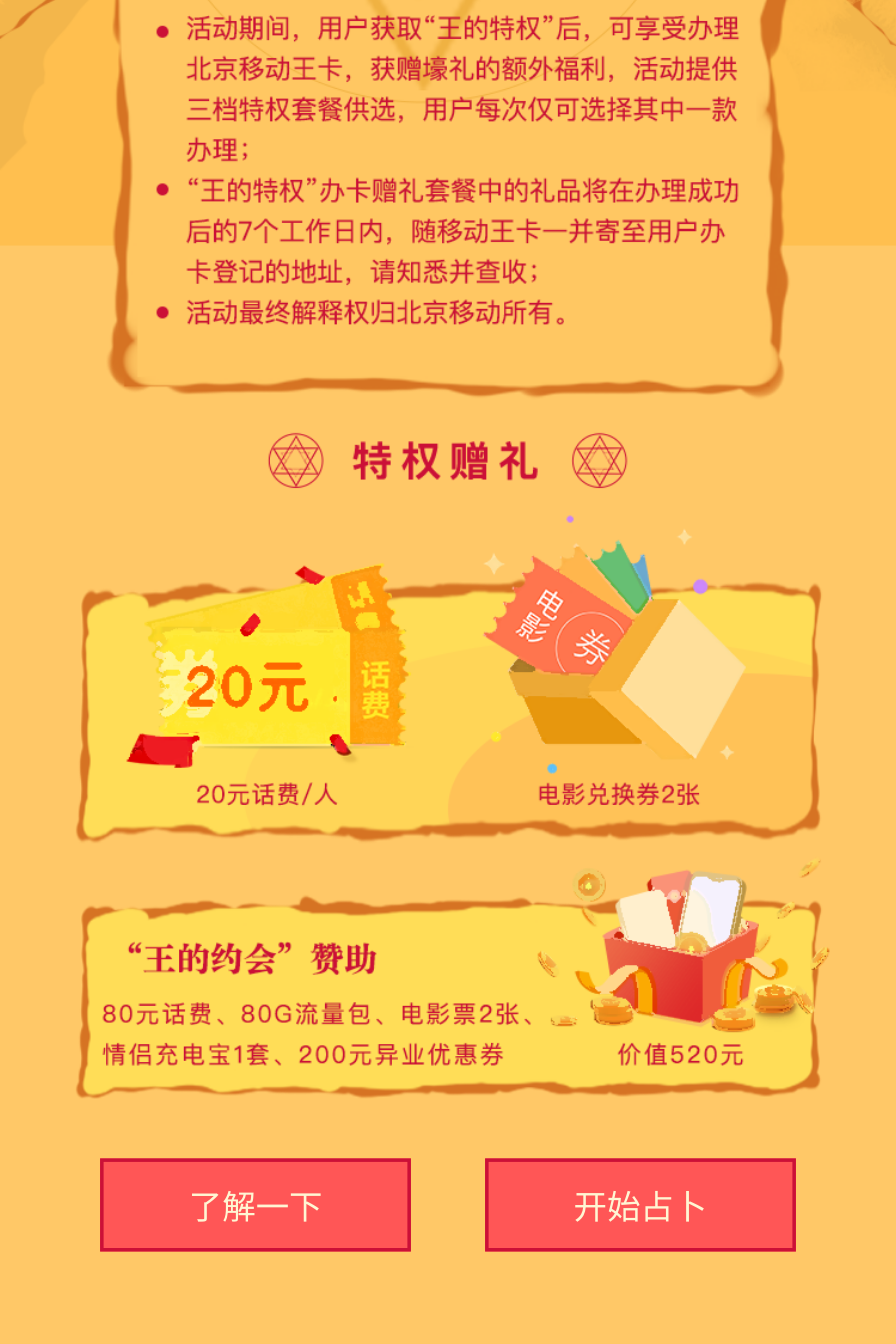
Repository: wangbiaozy/12.19
Page: index.html
An editor plug-in stored every save of this project. The page is shown before and after the next save, followed by the edit.
The browser window is 1280 px wide. The pictures show the part of the page from y = 1707 to 3627 px (the page is 3627 px tall), at 70% of full size.
After loading, the first visible `div.rule-btn` was clicked once.

Above is the page before, as saved 2018-12-19 19:48:46.

### index.html
<!DOCTYPE html>
<html lang="en">

<head>
    <meta charset="UTF-8">
    <meta name="viewport" content="width=device-width, initial-scale=1.0, maximum-scale=1.0, minimum-scale=1.0, user-scalable=no, viewport-fit=cover">
    <meta http-equiv="X-UA-Compatible" content="ie=edge">
    <title>Document</title>
    <link rel="stylesheet" href="css/reset.min.css">
    <link rel="stylesheet/less" href="css/styles.less">
    <script src="js/less-1.7.0.min.js"></script>
</head>
<body>
    <!-- 首页 -->
    <section class="wrap sy">
        <header>
            <div class="rule-btn">
                <span></span>
            </div>
        </header>
        <section></section>
        <main>
            <div class="card-box">
                <div class="card-1">
                    <p>男性<i></i></p>
                </div>
                <div class="card-2">
                    <p>女性<i></i></p>
                </div>
            </div>
            <a id="start" href="javascript:void(0)"></a>
        </main>
    </section>
    <!-- 翻牌 -->
    <section class="wrap fp">
        <header></header>
        <main>
            <ul id="flip-box">
                <li>
                   <div></div>
                   <div>
                       <i class="close"></i>
                       <a href="http://touch.10086.cn/goods/100_100_1066114_1066114.html?WT.ac=res_search_049_100_95a7ac02bf204f2997e7d8384eca9c91_1066114">我要办王卡</a>
                       <a class="again" href="javascript:void(0)">再玩一次</a>
                       <a class="lj-btn" href="javascript:void(0)">收了这份王的祝福与特权</a>
                   </div>
                </li>
                <li>
                   <div></div>
                   <div>
                       <i class="close"></i>
                       <a href="http://touch.10086.cn/goods/100_100_1066114_1066114.html?WT.ac=res_search_049_100_95a7ac02bf204f2997e7d8384eca9c91_1066114">我要办王卡</a>
                       <a class="again" href="javascript:void(0)">再玩一次</a>
                       <a class="lj-btn" href="javascript:void(0)">收了这份王的祝福与特权</a>
                   </div>
                </li>
                <li>
                   <div></div>
                   <div>
                       <i class="close"></i>
                       <a href="http://touch.10086.cn/goods/100_100_1066114_1066114.html?WT.ac=res_search_049_100_95a7ac02bf204f2997e7d8384eca9c91_1066114">我要办王卡</a>
                       <a class="again" href="javascript:void(0)">再玩一次</a>
                       <a class="lj-btn" href="javascript:void(0)">收了这份王的祝福与特权</a>
                   </div>
                </li>
                <li>
                   <div></div>
                   <div>
                       <i class="close"></i>
                       <a href="http://touch.10086.cn/goods/100_100_1066114_1066114.html?WT.ac=res_search_049_100_95a7ac02bf204f2997e7d8384eca9c91_1066114">我要办王卡</a>
                       <a class="again" href="javascript:void(0)">再玩一次</a>
                       <a class="lj-btn" href="javascript:void(0)">收了这份王的祝福与特权</a>
                   </div>
                </li>
            </ul>
        </main>
        <footer>
            <div id="sex"></div>
        </footer>
    </section>
    <!-- 领奖 -->
    <section class="wrap lj">
        <header>
            <div id="box" class="con">
                <div></div>
                <div></div>
                <div></div>
                <div></div>
                <div class="form">
                    <div>
                        <input id="tel" type="number" pattern="[0-9]*" oninput="if(value.length>11)value=value.slice(0,11)" placeholder="请输入您的手机号码">
                        <a id="get-btn" href="javascript:void(0)">领</a>
                    </div>
                    <p id="message">号码输入错误，请重新输入正确移动手机号码</p>
                </div>
            </div>
        </header>
        <main></main>
        <footer>
            <p>说明：以上移动王卡活动套餐叠享移动王卡正常办卡福利，<br>办理成功后，壕礼直接随卡寄出
            </p>
            <div>
                <a class="wangka" href="javascript:void(0)">了解一下</a>
                <a class="again" href="javascript:void(0)">再玩一次</a>
            </div>
        </footer>
    </section>
    <!-- 规则 -->
    <section class="wrap rule">
        <header></header>
        <main></main>
        <section></section>
        <footer>
            <a class="wangka" href="javascript: void(0)">了解一下</a>
            <a class="again" href="javascript:void(0)">开始占卜</a>
        </footer>
    </section>
    <!-- 王卡 -->
    <section class="wrap wk">
        <header></header>
        <main></main>
        <section></section>
        <footer>
            <a href="http://touch.10086.cn/goods/100_100_1066114_1066114.html?WT.ac=res_search_049_100_95a7ac02bf204f2997e7d8384eca9c91_1066114">我要办王卡</a>
            <a class="again" href="javascript:void(0)">返回首页</a>
        </footer>
    </section>
    <!-- 遮罩层 -->
    <div id="mask" class="mask"></div>
</body>
</html>
<script src="js/jquery-1.10.1.min.js"></script>
<script src="js/index.js"></script>

### css/reset.min.css
@charset "utf-8";
/*默认样式清除和初始化*/
body,h1,h2,h3,h4,h5,h6,hr,p,blockquote,dl,dt,dd,ul,ol,li,button,input,textarea,th,td{margin:0;padding:0}body{font-size:12px;font-style:normal;font-family:"\5FAE\8F6F\96C5\9ED1",Helvetica,sans-serif}small{font-size:12px}h1{font-size:18px}h2{font-size:16px}h3{font-size:14px}h4,h5,h6{font-size:100%}ul,ol{list-style:none}a{text-decoration:none;background-color:transparent}a:hover,a:active{outline-width:0;text-decoration:none}table{border-collapse:collapse;border-spacing:0}hr{border:0;height:1px}img{border-style:none}img:not([src]){display:none}svg:not(:root){overflow:hidden}html{-webkit-touch-callout:none;-webkit-text-size-adjust:100%}input,textarea,button,a{-webkit-tap-highlight-color:rgba(0,0,0,0)}article,aside,details,figcaption,figure,footer,header,main,menu,nav,section,summary{display:block}audio,canvas,progress,video{display:inline-block}audio:not([controls]),video:not([controls]){display:none;height:0}progress{vertical-align:baseline}mark{background-color:#ff0;color:#000}sub,sup{position:relative;font-size:75%;line-height:0;vertical-align:baseline}sub{bottom:-0.25em}sup{top:-0.5em}button,input,select,textarea{font-size:100%;outline:0}button,input{overflow:visible}button,select{text-transform:none}textarea{overflow:auto}button,html [type="button"],[type="reset"],[type="submit"]{-webkit-appearance:button}button::-moz-focus-inner,[type="button"]::-moz-focus-inner,[type="reset"]::-moz-focus-inner,[type="submit"]::-moz-focus-inner{border-style:none;padding:0}button:-moz-focusring,[type="button"]:-moz-focusring,[type="reset"]:-moz-focusring,[type="submit"]:-moz-focusring{outline:1px dotted ButtonText}[type="checkbox"],[type="radio"]{box-sizing:border-box;padding:0}[type="number"]::-webkit-inner-spin-button,[type="number"]::-webkit-outer-spin-button{height:auto}[type="search"]{-webkit-appearance:textfield;outline-offset:-2px}[type="search"]::-webkit-search-cancel-button,[type="search"]::-webkit-search-decoration{-webkit-appearance:none}::-webkit-input-placeholder{color:inherit;opacity:.54}::-webkit-file-upload-button{-webkit-appearance:button;font:inherit}.clear:after{display:block;height:0;content:"";clear:both}
*{ -webkit-tap-highlight-color: rgba(0,0,0,0);-webkit-tap-highlight-color: transparent; /* For some Androids */ }

### js/index.js
(function (doc, win) {
    var docEl = doc.documentElement,
        resizeEvt = 'orientationchange' in window ? 'orientationchange' : 'resize',
        recalc = function () {
            var clientWidth = docEl.clientWidth;
            if (!clientWidth) return;
            docEl.style.fontSize = 100 * (clientWidth / 750) + 'px';
        };
    if (!doc.addEventListener) return;
    win.addEventListener(resizeEvt, recalc, false);
    doc.addEventListener('DOMContentLoaded', recalc, false);
})(document, window);
$(function () {



    //选择男女   0:男  1: 女
    $('.card-box').on('click','div',function(){
        var $this = $(this);
        $this.addClass('act').siblings().removeClass('act');
        if($('.card-1').hasClass('act')){
            sessionStorage.setItem('sex',0);
        }else if($('.card-2').hasClass('act')){
            sessionStorage.setItem('sex',1);
        }
    });
    //首页活动规则
    $('.rule-btn').on('click',function(){
        $('.sy').hide();
        $('.rule').show();
    });
    //开始占卜
    $('#start').on('click',function(){
        var sex = sessionStorage.getItem('sex');
        if(sex === '0'){
            $('#sex').attr('class','boy');
        }else if(sex === '1'){
            $('#sex').attr('class','girl');
        }
        if($('.card-1').hasClass('act') || $('.card-2').hasClass('act')){
            $('html,body').css('background','#ffbf4f');
            $('.card-box').children('div').removeClass('act');
            $('.sy').hide();
            $('.fp').show();
        }
    });

    //翻牌
    var flag = true;
    $('#flip-box').on('click', 'li', function () {
        if (flag) {
            flag = false;
            var $this = $(this);
            $this.addClass('act').siblings().removeClass('act');
            var sex = sessionStorage.getItem('sex');
            var random = Math.round(Math.random() * (4 - 1) + 1);
            if (sex === '0') {
                $this.attr('class', 'act b' + random);
            } else if (sex === '1') {
                $this.attr('class', 'act g' + random);
            }
            showMask();
            return false;
        }
    });

    //再来一次按钮
    $('.again').on('click',function(){
        flag = true;
        $('html,body').css('background','#ffc867');
        sessionStorage.removeItem('sex');
        $(this).parent('div').parent('li').attr('class','');
        $('.sy').show().siblings().hide();
        hideMask();
        return false;
    });
    //领奖按钮
    $('.lj-btn').on('click',function(){
        $('#flip-box').children('li').attr('class','');
        $('.fp').hide();
        hideMask();
        $('.lj').show();
        return false;
    });
    //关闭翻牌弹窗
    $('.close').on('click',function(){
        flag = true;
        $(this).parent().parent().attr('class','');
        hideMask();
        return false;
    });

    //移动手机号码验证
    function istel(tel) {
        var rtn = false;
        //移动号段验证
        var regtel = /^((13[4-9])|(15([0-2]|[7-9]))|(18[2|3|4|7|8])|(178)|(147))[\d]{8}$/;
        if (regtel.test(tel)) {
            rtn = true;
        }
        return rtn;
    }
    function test() {
        var phone = $("#tel").val();
        if (istel(phone)) {
            $('#message').hide();
            $('#box').addClass('act');
        }
        else {
            $('#message').show();
        }
    }
    //手机号输入框
    $('#tel').on('input',function(){
        $('#message').hide();
    });
    //领奖按钮
    $('#get-btn').on('click',function(){
        test();
    });

    //了解一下按钮
    $('.wangka').on('click',function(){
        $('html,body').css('background','#ffbf4f');
        $('.wk').show().siblings().hide();
    });
    //显示遮罩层
    function showMask(){
        $("#mask").css("height",$(document).height());
        $("#mask").css("width",$(document).width());
        $("#mask").show();
    }
    //隐藏遮罩层
    function hideMask(){
        $("#mask").hide();
    }
});

Loaded but not shown: js/less-1.7.0.min.js (library); js/jquery-1.10.1.min.js (library)

After the next save:
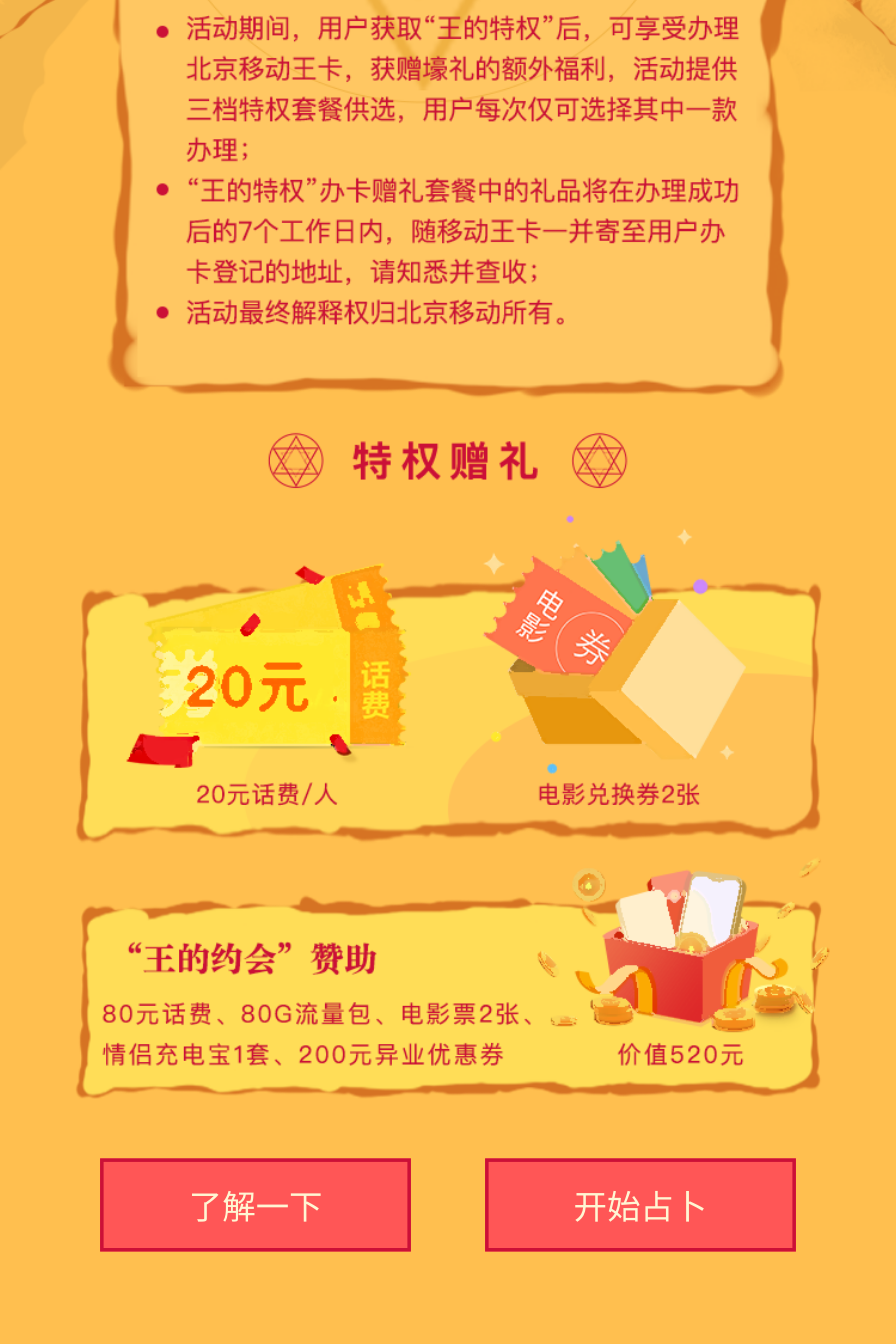
Saved 29 s later.
--- a/js/index.js
+++ b/js/index.js
@@ -26,6 +26,7 @@
     });
     //首页活动规则
     $('.rule-btn').on('click',function(){
+        $('html,body').css('background','#ffbf4f');
         $('.sy').hide();
         $('.rule').show();
     });
